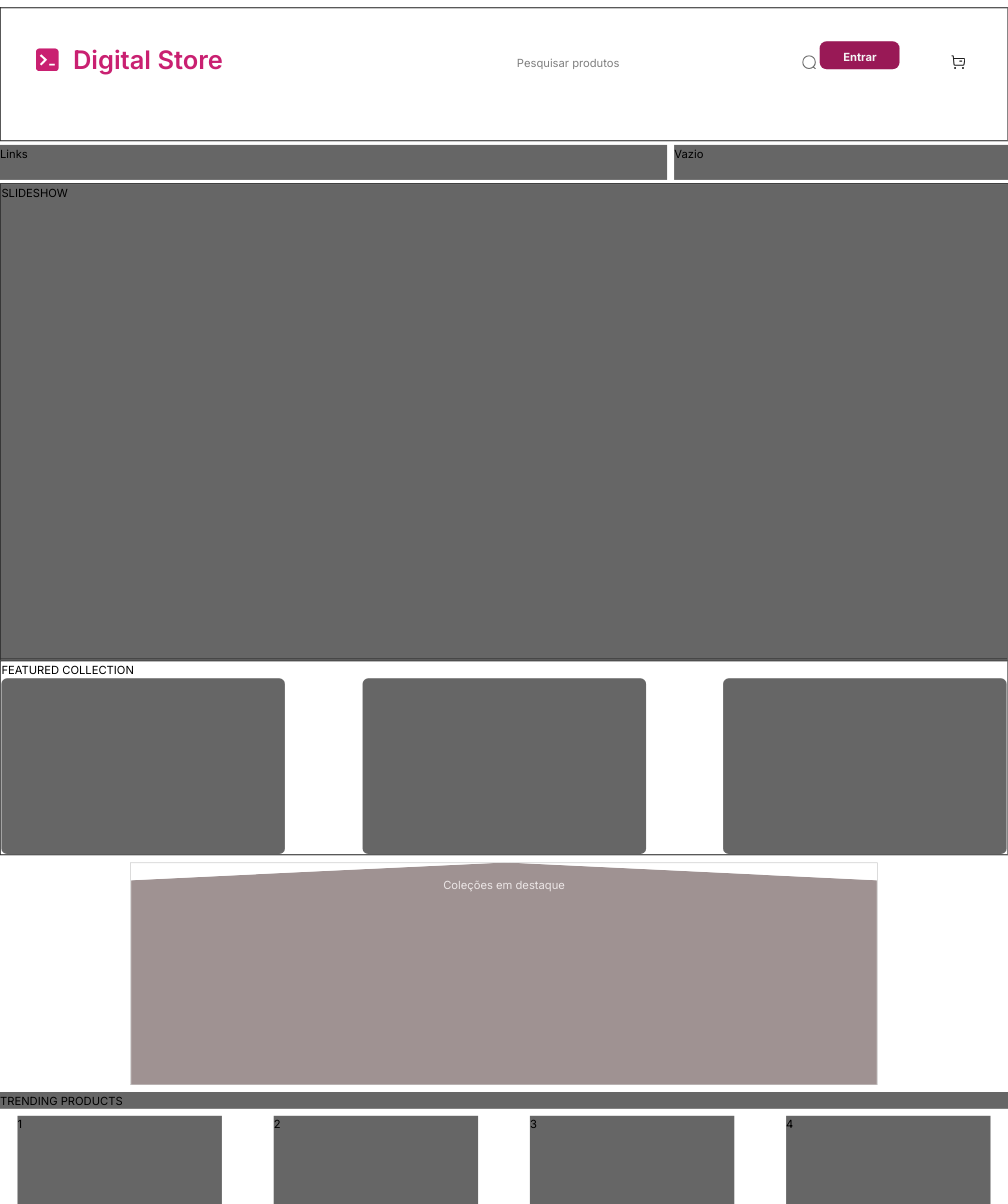
Repository: theophiloweb/landpage_disgital_store
Page: index.html
These files come from the project's save history. The page is drawn as it stood at one moment and after the next save; the edit follows.
The browser window is 1280 px wide. The page is 1440 px wide, so the pictures cover 1440 px, including what lies to the right of the window. The pictures show the part of the page from y = 0 to 1720 px (the page is 3178 px tall), at 70% of full size.

Above is the page before, as saved 2025-04-24 10:41:00.

After the next save:
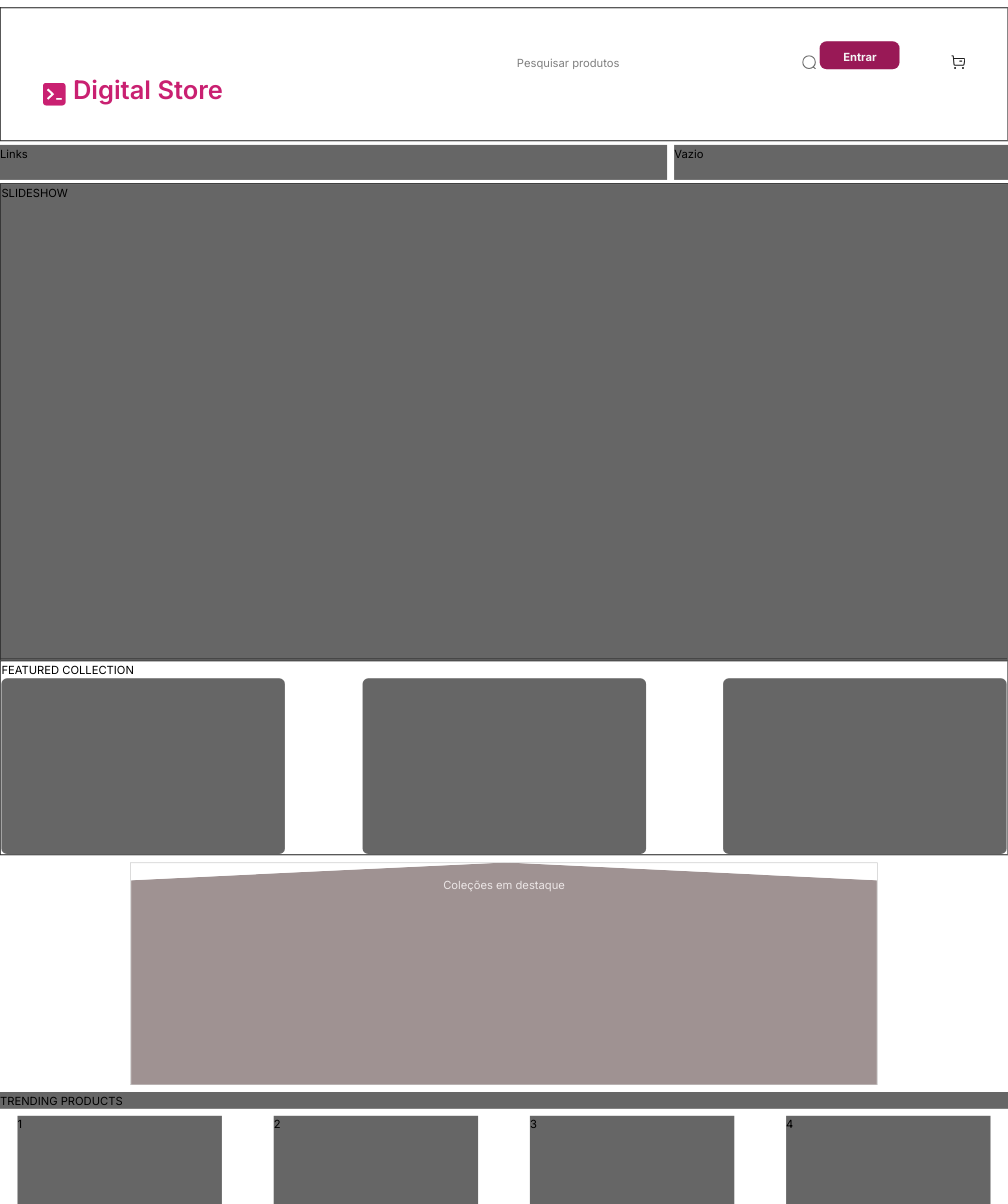
Saved 63 s later.
--- a/style.css
+++ b/style.css
@@ -60,6 +60,7 @@ header {
   grid-template-columns: 1fr 4fr;
   grid-template-rows: 1fr;
   margin-top: 20px;
+  place-items: center;
 
 }
 
